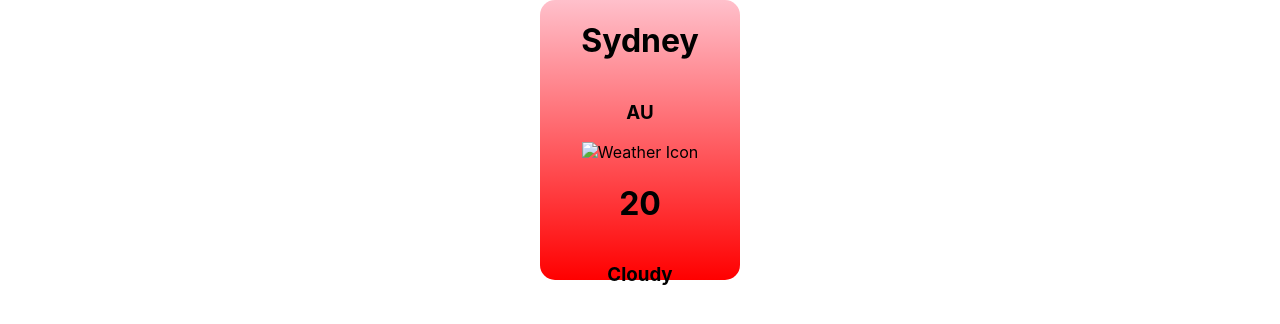
Repository: sayrilamar/chumsweatherapp
Page: /
An editor plug-in stored every save of this project. The page is shown before and after the next save, followed by the edit.
The browser window is 1280 px wide. The pictures show the whole page.
The project was rebuilt for these pictures with package versions that can differ from the ones it lists, and the page was loaded fresh each time.

Above is the page before, as saved 2020-04-16 19:40:16.

After the next save:
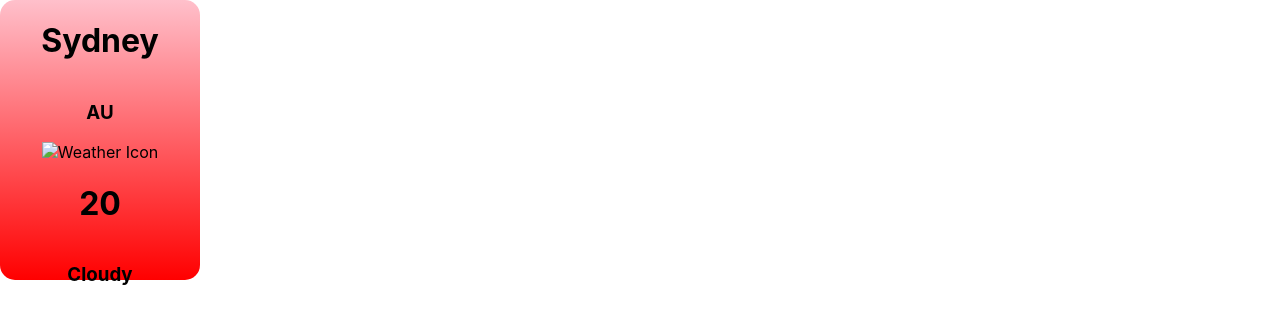
Saved 14 s later.
--- a/src/App.css
+++ b/src/App.css
@@ -3,7 +3,7 @@
 }
 
 .card {
-  margin: 0 auto;
+  margin: 10 auto;
   background: linear-gradient(to top, red, pink);
   width: 200px;
   height: 280px;

After the save that followed:
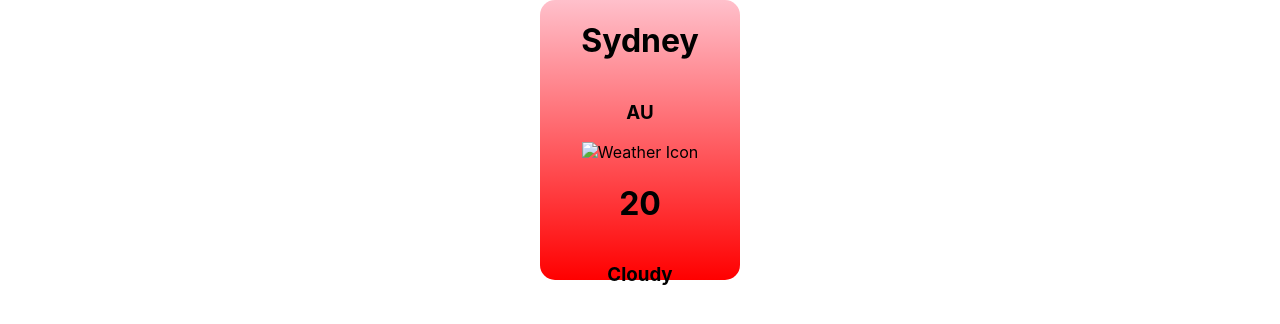
Saved 16 s later.
--- a/src/App.css
+++ b/src/App.css
@@ -3,7 +3,7 @@
 }
 
 .card {
-  margin: 10 auto;
+  margin: 0 auto;
   background: linear-gradient(to top, red, pink);
   width: 200px;
   height: 280px;
